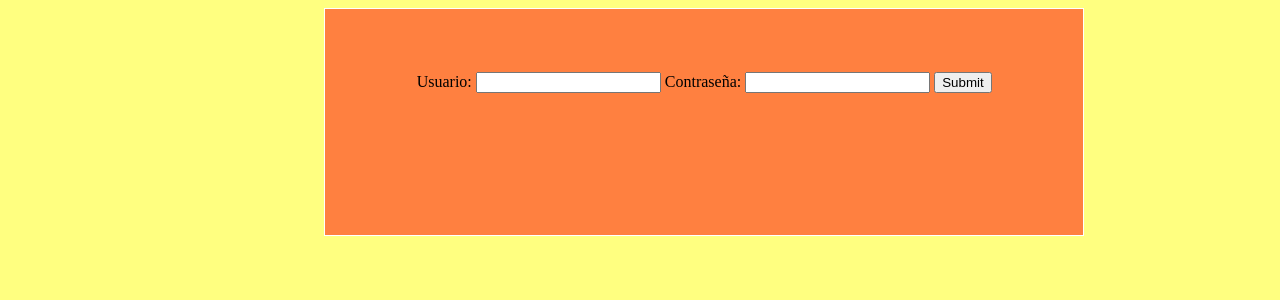
Repository: salvadorsobrino/Ejercicio5ServletJSP
Page: http://localhost/Ejercicio5/
These files come from the project's save history. The page is drawn as it stood at one moment and after the next save; the edit follows.
The browser window is 1280 px wide. The pictures show the whole page.
The page is served by Tomcat 9. Other server files are loaded and not shown.

Above is the page before, as saved 2022-03-11 09:32:58.

### Ejercicio5/src/main/webapp/index.html
<!DOCTYPE html>
<html>
<head>
<meta charset="UTF-8">
<link rel='stylesheet' type='text/css' media='screen' href='index.css'>
<title>Ejercicio5</title>
<link rel="icon" href="icono.png">
</head>
<body>
	<form id="formulario" action="Servlet" method="post">
	Usuario:
	<input type="text" name="usuario">
	Contraseña:
	<input type="password" name="contrasena">
	<input type="submit">

	</form>
</body>
</html>

### Ejercicio5/src/main/webapp/index.css
/* Hoja de estilo index */
h1{
	 color: orange;
}
body{
	background-color: rgb(255, 255, 128);
    background-size: cover;
}
#formulario{
	background-color: rgb(255, 128, 64);
	border-style: solid;
	border-width: thin;
	border-color: white;
	width: 50%;
	height: 100px;
	margin-left: 25%;
	text-align:center;
	padding: 5%;

}
a:link {
    /* Enlaces no visitados */
    color: rgb(255, 128, 64);
}

a:visited {
    /* Enlaces visitados */
    color: rgb(255, 128, 0);
}

a:hover, a:focus {
    color: rgb(153, 72, 6);
    /* El usuario esta sobre el enlace */
}

a:active {
    color: rgb(255, 94, 0);
    /* El usuario hace click en el enlace */
}

After the next save:
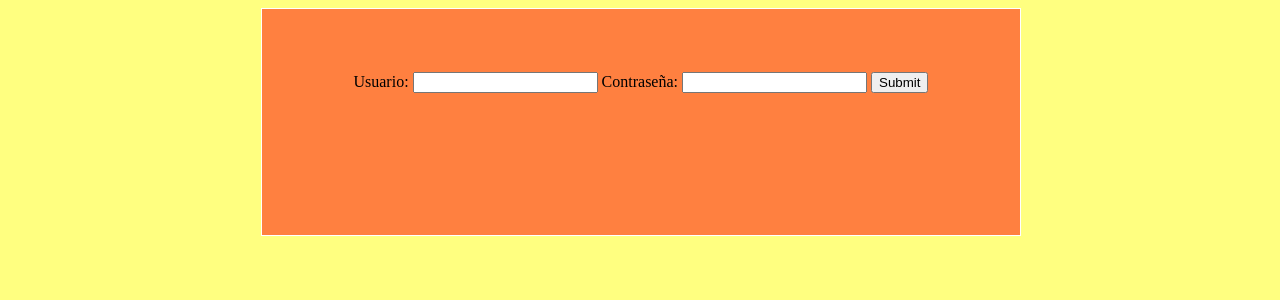
Saved 16 s later.
--- a/Ejercicio5/src/main/webapp/index.css
+++ b/Ejercicio5/src/main/webapp/index.css
@@ -13,7 +13,7 @@ body{
 	border-color: white;
 	width: 50%;
 	height: 100px;
-	margin-left: 25%;
+	margin-left: 20%;
 	text-align:center;
 	padding: 5%;
 
